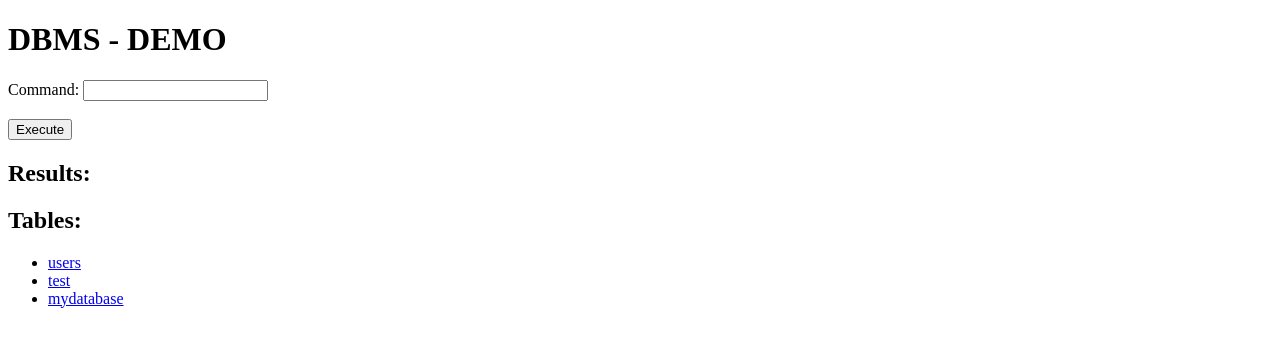
Repository: mark6969/DBMS-use-python
Page: http://localhost/
An editor plug-in stored every save of this project. The page is shown before and after the next save, followed by the edit.
The browser window is 1280 px wide. The pictures show the whole page.
The page is served by the project's application, run on Flask 3 (run.py).

Above is the page before, as saved 2023-05-19 15:39:21.

### templates/index.html
<!DOCTYPE html>
<html>
<head>
    <title>DBMS</title>
    <style>
        table {
            border-collapse: collapse;
        }
        th, td {
            border: 1px solid black;
            padding: 8px;
        }
        .right-text {
            float: right; /* 將文字容器浮動到右側 */
            margin-left: 20px; /* 提供一些間距 */
        }
    </style>
</head>
<body>
    <h1>DBMS - DEMO</h1>
    <form method="POST" action="/">
        <label for="command">Command:</label>
        <input type="text" name="command" id="command" required>
        <br><br>
        <input type="submit" value="Execute">
    </form>

    <!-- <h2>Users:</h2>
    <table>
        <tr>
            <th>姓名</th>
            <th>年齡</th>
            <th>性別</th>
        </tr>
        {% for user in users %}
        <tr>
            <td>{{ user.name }}</td>
            <td>{{ user.age }}</td>
            <td>{{ user.sex }}</td>
        </tr>
        {% endfor %}
    </table> -->

    <h2>Results:</h2>
    <ul>
        {% for result in results %}
        <li>{{ result }}</li>
        {% endfor %}
    </ul>

    <h2>Tables:</h2>
    <ul>
    {% for table in tables %}
    <li><a href="/table/{{ table }}">{{ table }}</a></li>
    {% endfor %}
    </ul>

</body>
</html>

### run.py
from flask import Flask, render_template, request
import re
import os
import csv

app = Flask(__name__)


# def get_all_users():
#     users = []
#     with open('mydatabase.csv', 'r') as file:
#         reader = csv.DictReader(file)
#         for row in reader:
#             user = {
#                 'name': row['name'],
#                 'age': row['age'],
#                 'sex': row['sex']
#             }
#             users.append(user)
#     return users

def get_all(table):
    data = []
    with open("DBs/%s.csv" % table, 'r') as file:
        reader = csv.DictReader(file)
        for row in reader:
            data.append(row)
    return data

def get_all_tables(database_name):
    tables = []
    csv_filename = f'{database_name}.csv'
    with open(csv_filename, 'r') as file:
        reader = csv.DictReader(file)
        tables = reader.fieldnames
    return tables

def get_all_csv_name():
    tables = []
    for file_name in os.listdir("./DBs"):
        if file_name.endswith('.csv'):
            table_name = os.path.splitext(file_name)[0]
            tables.append(table_name)
    return tables

def add_data(table, data_list):
    with open("DBs/%s.csv" % table, 'r+', newline='') as file:
        # fieldnames = ['name', 'age', 'sex']
        print("add_data")
        db_key = file.readline().replace("\n", "").split(",")
        if len(db_key) == len(data_list):
            writer = csv.writer(file)
            writer.writerow(data_list)
            return True
        return False


def execute_query(query):
    if query.startswith('SELECT'):
        _, column, _, table = query.split()
        return select_data(column, table)
    elif query.startswith('DELETE'):
        _, _, table, _, condition_column, _, condition_value = query.split()
        delete_data(table, condition_column, condition_value)
        return ['Data deleted successfully.']
    elif query.startswith('INSERT'):
        table = query.split()[2]
        values = re.findall(r'\((.*?)\)', query)[0]
        values_list = [value.strip() for value in values.split(',')]
        if add_data(table, values_list):
            return ['Data inserted successfully.']
        else:
            return ['Data inserted error']
    elif query.startswith('CREATE'):
        match = re.search(r'CREATE (\w+) \((.*?)\)', query)
        if match:
            table_name = match.group(1)
            columns = [column.strip() for column in match.group(2).split(',')]
            create_table(table_name, columns)
            return ['Table created successfully.']
        else:
            return ['Invalid query. Please check your input.']
    else:
        return ['Invalid query. Please check your input.']


def select_data(column, table):
    data = []
    with open("DBs/%s.csv" % table, 'r') as file:
        reader = csv.DictReader(file)
        for row in reader:
            if column == '*':
                data.append(row)
            elif column in row:
                data.append({column: row[column]})
    return data


def delete_data(table, condition_column, condition_value):
    with open("DBs/%s.csv" % table, 'r') as file:
        reader = csv.DictReader(file)
        rows = list(reader)

    filtered_rows = [row for row in rows if row.get(condition_column) == condition_value]

    with open("DBs/%s.csv" % table, 'w', newline='') as file:
        fieldnames = rows[0].keys()
        writer = csv.DictWriter(file, fieldnames=fieldnames)
        writer.writeheader()
        writer.writerows(filtered_rows)

def create_table(table_name, columns):
    csv_filename = f'{table_name}.csv'
    with open("./DBs/%s" % csv_filename, 'w', newline='') as file:
        writer = csv.writer(file)
        writer.writerow(columns)

@app.route('/table/<database_name>')
def show_database(database_name=None):
    if database_name is None:
        database_name = 'mydatabase'
    tables = get_all(database_name)
    if len(tables) != 0:
        keys=tables[0].keys()
    else:
        keys=[]
    return render_template('database.html', database=database_name, tables=tables, keys=keys)

@app.route('/', methods=['GET', 'POST'])
def index():
    if request.method == 'POST':
        command = request.form['command']
        results = execute_query(command)
    else:
        results = []

    # users = get_all_users()
    # tables = get_all_tables('mydatabase')
    tables = get_all_csv_name()
    print("tables")
    print(tables)
    # print("users")
    # print(users)
    print("results")
    print(results)
    return render_template('index.html', results=results, tables=tables)


if __name__ == '__main__':
    app.run(debug=True)

After the next save:
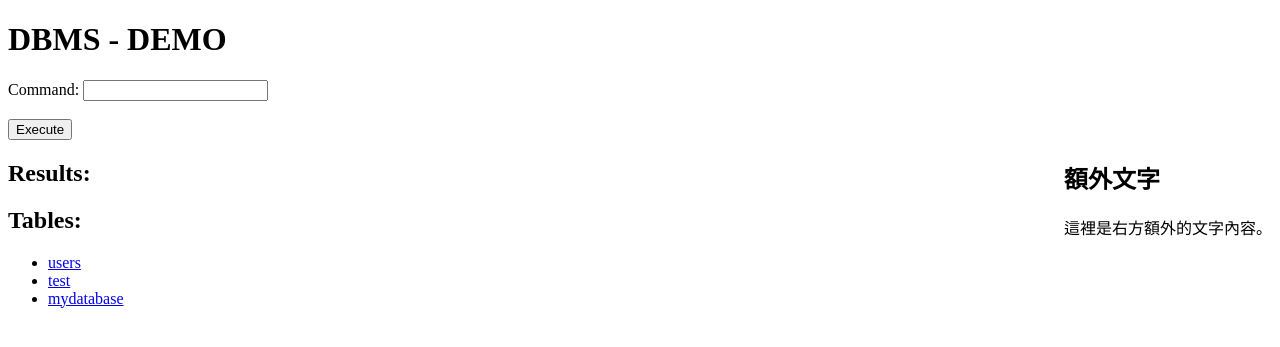
Saved 13 s later.
--- a/templates/index.html
+++ b/templates/index.html
@@ -24,6 +24,10 @@
         <br><br>
         <input type="submit" value="Execute">
     </form>
+    <div class="right-text">
+        <h2>額外文字</h2>
+        <p>這裡是右方額外的文字內容。</p>
+    </div>
 
     <!-- <h2>Users:</h2>
     <table>
